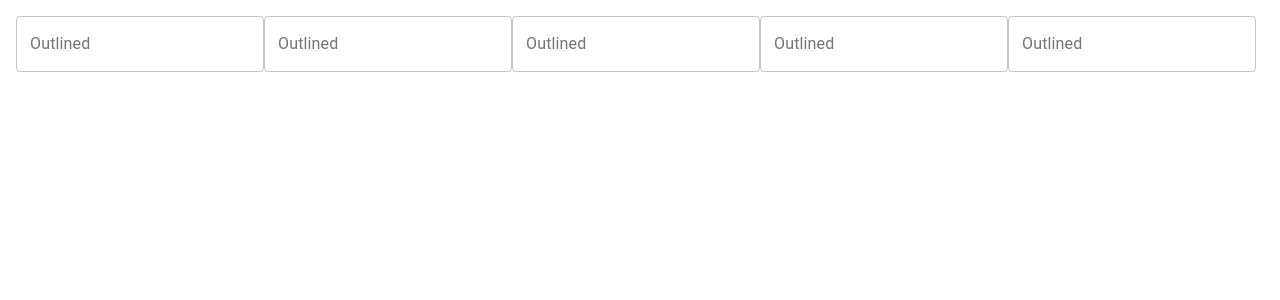
Repository: chathuraedirisingh/rr
Page: /
An editor plug-in stored every save of this project. The page is shown before and after the next save, followed by the edit.
The browser window is 1280 px wide. The pictures show the whole page.
The project was rebuilt for these pictures with package versions that can differ from the ones it lists, and the page was loaded fresh each time.

Above is the page before, as saved 2019-12-17 22:31:41.

After the next save:
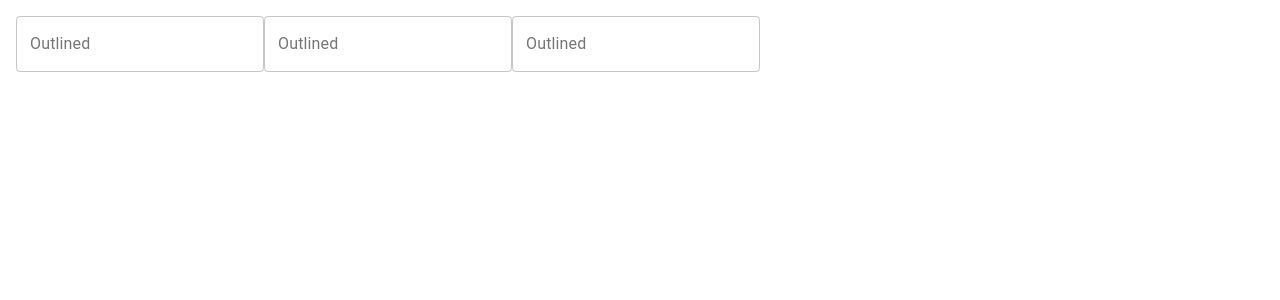
Saved 32 min 51 s later.
--- a/src/components/FormPersonalDetails.js
+++ b/src/components/FormPersonalDetails.js
@@ -21,7 +21,7 @@ export default class FormPersonalDetails extends Component {
                             floatingLabelText="First Name"
                             onChange={handleChange('firstname')}
                             defaultValue={values.firstname} />
-                        <TextField
+                            <TextField
                             id="outlined-basic"
                             label="Outlined"
                             variant="outlined"
@@ -29,23 +29,7 @@ export default class FormPersonalDetails extends Component {
                             floatingLabelText="First Name"
                             onChange={handleChange('firstname')}
                             defaultValue={values.firstname} />
-                        <TextField
-                            id="outlined-basic"
-                            label="Outlined"
-                            variant="outlined"
-                            hintText="First Name"
-                            floatingLabelText="First Name"
-                            onChange={handleChange('firstname')}
-                            defaultValue={values.firstname} />
-                        <TextField
-                            id="outlined-basic"
-                            label="Outlined"
-                            variant="outlined"
-                            hintText="First Name"
-                            floatingLabelText="First Name"
-                            onChange={handleChange('firstname')}
-                            defaultValue={values.firstname} />
-                        <TextField
+                            <TextField
                             id="outlined-basic"
                             label="Outlined"
                             variant="outlined"
